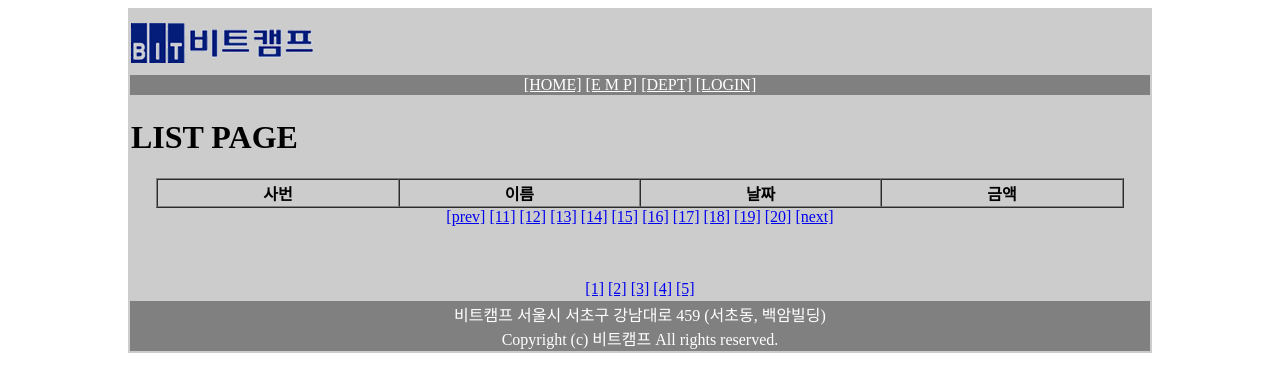
Repository: kwakjaeyeon/webWorkspace
Page: http://localhost/web05/emp/list.jsp?page=11
These files come from the project's save history. The page is drawn as it stood at one moment and after the next save; the edit follows.
The browser window is 1280 px wide. The pictures show the whole page.
The page is served by Tomcat 9. Queries for data that is not in the repository find no rows.

Above is the page before, as saved 2020-07-03 04:13:11.

### web05/WebContent/emp/list.jsp
<%@ page language="java" contentType="text/html; charset=EUC-KR"
    pageEncoding="EUC-KR" import="java.sql.*"%>
<!DOCTYPE html PUBLIC "-//W3C//DTD HTML 4.01 Transitional//EN" "http://www.w3.org/TR/html4/loose.dtd">
<html>
<head>
<meta http-equiv="Content-Type" content="text/html; charset=EUC-KR">
<title>Insert title here</title>
</head>
<body>
<%@ include file = "../template/header.jspf" %>
<%@ include file = "../template/menu.jspf" %>
	<h1>LIST PAGE</h1>
	<table width = "95%" border = "1" cellspacing = "0" align = "center">
		<tr>
			<th>사번</th>
			<th>이름</th>
			<th>날짜</th>
			<th>금액</th>
		</tr>
		<%
		int tot = 400; // select count(*) from emp01;
		int p = 1; // page
		String param = request.getParameter("page");
		if(param != null) p = Integer.parseInt(param);

		int startNum = 1 + (p-1) * 10; // ,11, 21, 31
		int endNum = 10 + (p-1) * 10; // ,20, 30, 40
		String sql = "select * from (select rownum as rn, sabun, name, nalja, pay from ";
		sql += "(select * from emp01 order by sabun desc)) where rn between ";
		sql += startNum + " and " + endNum;
		System.out.println(sql);

		String driver="oracle.jdbc.driver.OracleDriver";
		String url="jdbc:oracle:thin:@localhost:1521:xe";
		String user="scott";
		String password="tiger";

		Class.forName(driver);
		Connection conn = null;
		Statement stmt = null;
		ResultSet rs = null;
		try {
			conn = DriverManager.getConnection(url, user, password);
			stmt = conn.createStatement();
			rs = stmt.executeQuery("select count(*) from emp01");
			if(rs.next()) rs.getInt(1);
			stmt.close();
			rs.close();
			stmt = conn.createStatement();
			rs = stmt.executeQuery(sql);
			while(rs.next()) {
		%>
		<tr>
			<td><a href = "#"><%=rs.getInt("sabun") %></a></td>
			<td><a href = "#"><%=rs.getString("name") %></a></td>
			<td><a href = "#"><%=rs.getDate("nalja") %></a></td>
			<td><a href = "#"><%=rs.getInt("pay") %></a></td>
		</tr>
		<%
			}
		} finally {
			if(rs != null) rs.close();
			if(stmt != null) stmt.close();
			if(conn != null) conn.close();
		}

		%>
	</table>
	<center>
	<!--  -->
	<%
	int lang = 10;
	int limit = (tot-1)/10+1;
	int start = ((p-1)/lang)*lang;
	int end = start+lang;
	if(end>limit) end = limit;
	if(p >= lang+1) {
		out.print("<a href = list.jsp?page=" + (start-11) + ">[prev]</a>");
	}
	for(int i=start; i<end; i++) {
	%>
	<a href = "list.jsp?page=<%=i+1%>">[<%=i+1%>]</a>
	<%
	}
	if(end<limit) {
	out.print("<a href = list.jsp?page=" + (end) + ">[next]</a>");
	}
	%>

	<br>	<br>	<br>	<br>
		<a href = "list.jsp?page=1">[1]</a>
		<a href = "list.jsp?page=2">[2]</a>
		<a href = "list.jsp?page=3">[3]</a>
		<a href = "list.jsp?page=4">[4]</a>
		<a href = "list.jsp?page=5">[5]</a>
	</center>


<%@ include file = "../template/footer.jspf" %>

</body>
</html>

### web05/WebContent/template/header.jspf
<%@ page language="java" contentType="text/html; charset=EUC-KR"
    pageEncoding="EUC-KR"%>

<table width = "1024" align = "CENTER" bgcolor="#cccccc">
	<tr>
		<td>
		<a href = "/web05/index.jsp" ><img src = "/web05/img/logo.png"></a>
		</td>
	</tr>

### web05/WebContent/template/menu.jspf
<%@ page language="java" contentType="text/html; charset=EUC-KR"
    pageEncoding="EUC-KR"%>

	<tr>
		<td align="center" bgcolor="gray">
			<a href = "/web05/index.jsp" style = "color:white;">[HOME]</a>
			<a href = "/web05/emp/list.jsp" style = "color:white;">[E M P]</a>
			<a href = "/web05/dept/list.jsp" style = "color:white;">[DEPT]</a>
			<a href = "/web05/login/form.jsp" style = "color:white;">[LOGIN]</a>
		</td>
	</tr>
	<tr>
		<td>
			<!-- content start -->

### web05/WebContent/template/footer.jspf
<%@ page language="java" contentType="text/html; charset=EUC-KR"
    pageEncoding="EUC-KR"%>
<!-- content end -->
		</td>
	</tr>
	<tr>
		<td bgcolor="gray"  align = "CENTER">
			<font color = "white">
			비트캠프 서울시 서초구 강남대로 459 (서초동, 백암빌딩)<br>
			Copyright (c) 비트캠프 All rights reserved.
			</font>
		</td>
	</tr>




</table>

After the next save:
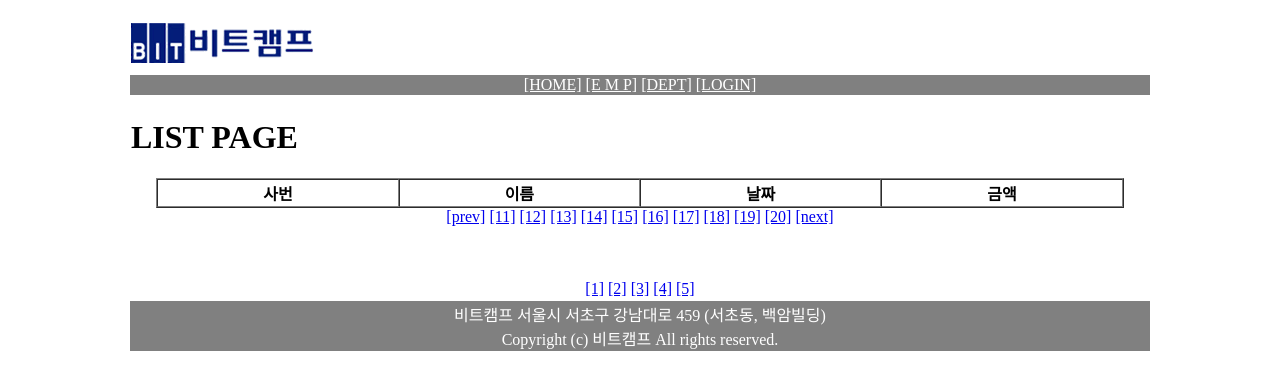
Saved 34 s later.
--- a/web05/WebContent/template/header.jspf
+++ b/web05/WebContent/template/header.jspf
@@ -1,7 +1,7 @@
 <%@ page language="java" contentType="text/html; charset=EUC-KR"
     pageEncoding="EUC-KR"%>
 
-<table width = "1024" align = "CENTER" bgcolor="#cccccc">
+<table width = "1024" align = "CENTER" bgcolor="White">
 	<tr>
 		<td>
 		<a href = "/web05/index.jsp" ><img src = "/web05/img/logo.png"></a>

After the save that followed:
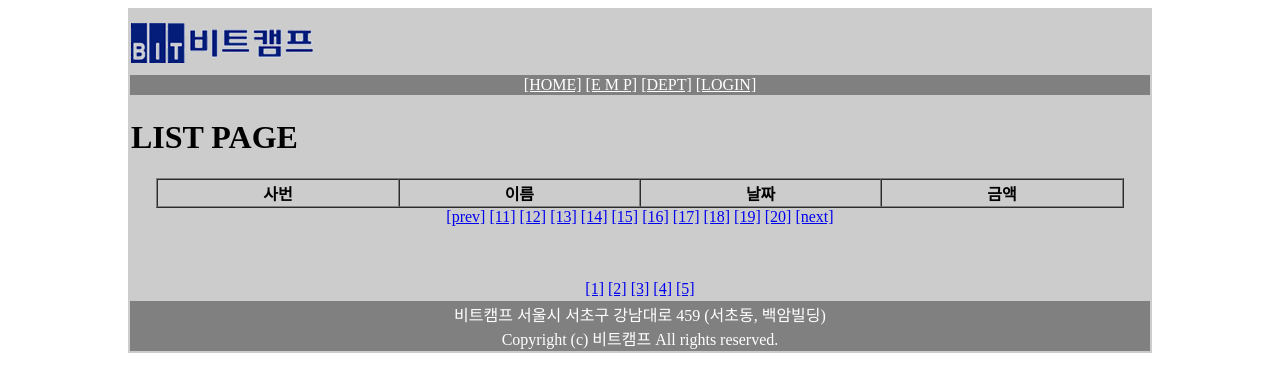
Saved 26 s later.
--- a/web05/WebContent/template/header.jspf
+++ b/web05/WebContent/template/header.jspf
@@ -1,7 +1,7 @@
 <%@ page language="java" contentType="text/html; charset=EUC-KR"
     pageEncoding="EUC-KR"%>
 
-<table width = "1024" align = "CENTER" bgcolor="White">
+<table width = "1024" align = "CENTER" bgcolor="#cccccc">
 	<tr>
 		<td>
 		<a href = "/web05/index.jsp" ><img src = "/web05/img/logo.png"></a>
